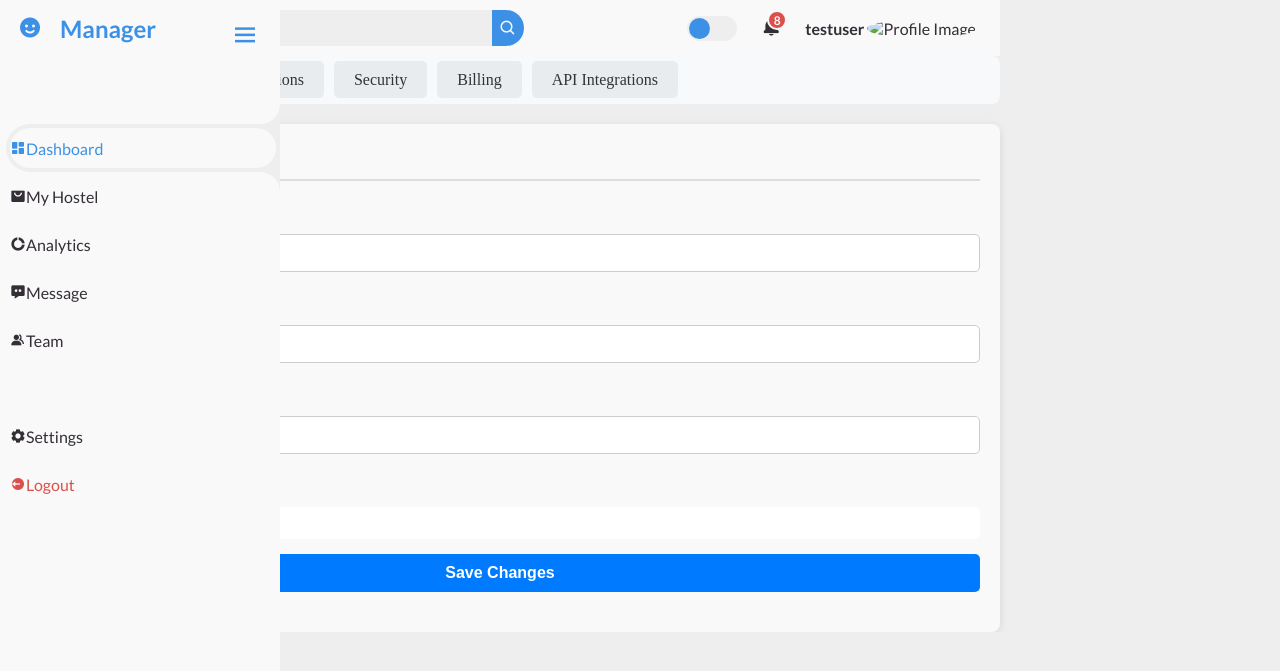
Repository: peter417waweru/hostelkona
Page: http://localhost/settings/
An editor plug-in stored every save of this project. The page is shown before and after the next save, followed by the edit.
The browser window is 1280 px wide. The pictures show the whole page.
The page is served by the project's application, run on Django 5.2 (hostelkona/manage.py). A made-up administrator, testuser (Test User, test@example.com), is signed in. Queries for data that is not in the repository find no rows.

Above is the page before, as saved 2025-01-26 12:25:27.
Console error: SyntaxError: Identifier 'sidebar' has already been declared

After the next save:
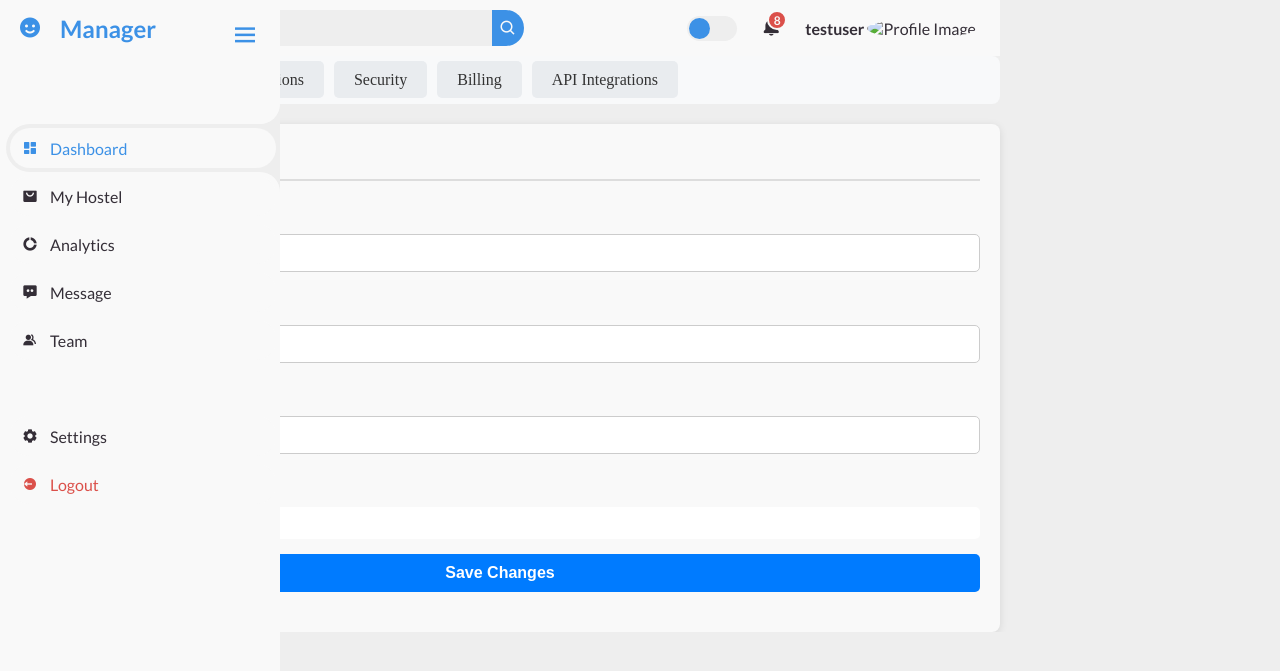
Saved 94 s later.
--- a/hostelkona/static/css/dashbase.css
+++ b/hostelkona/static/css/dashbase.css
@@ -194,10 +194,11 @@ body.dark-theme {
     color: var(--blue);
 }
 
-#sidebar.hide .side-menu li a .bx {
-    margin-right: 0; /* Remove icon spacing when sidebar is collapsed */
-}
-
+#sidebar .side-menu li a .bx {
+    min-width: calc(60px - ((4px + 6px) * 2));
+    display: flex;
+    justify-content: center;
+}
 
 @media (max-width: 768px) {
 	#sidebar.hide {
